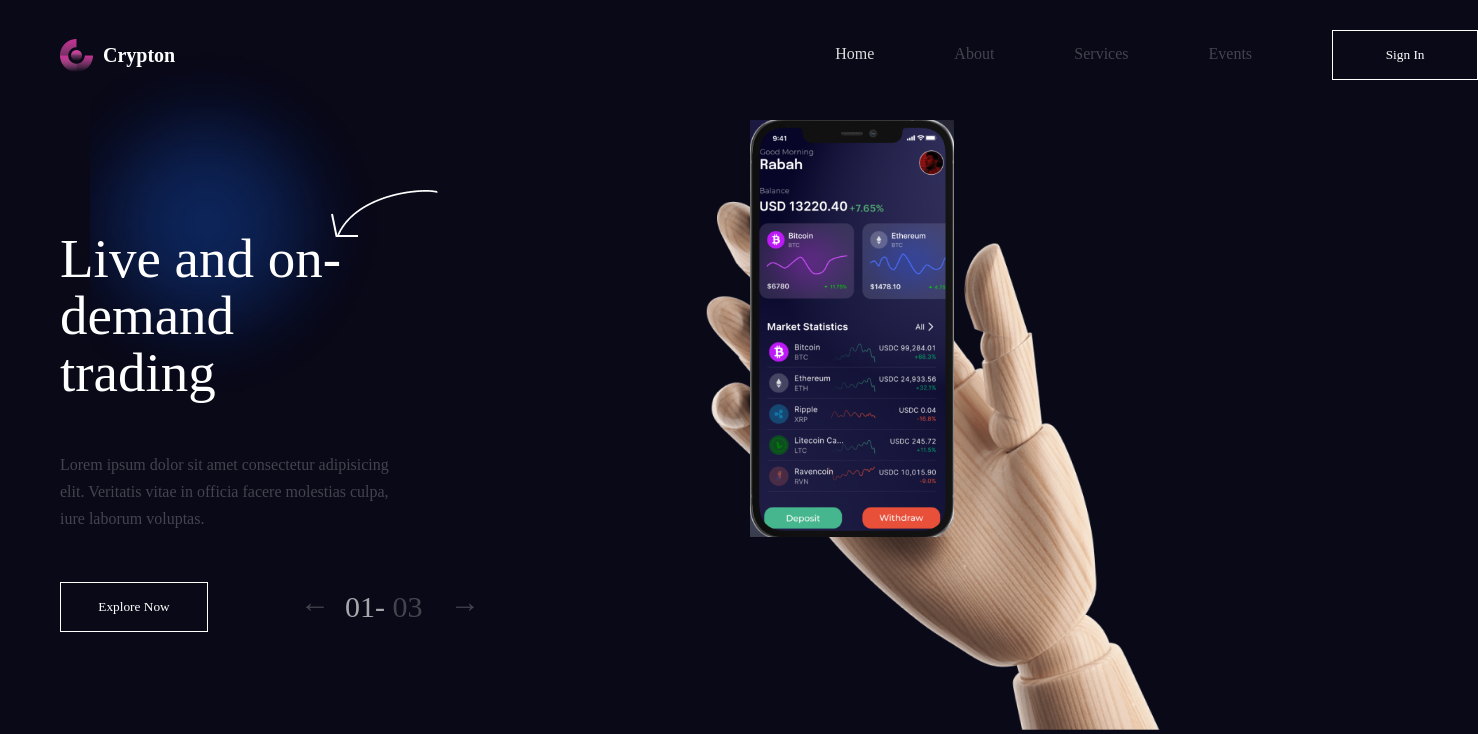
Repository: isaacCodes1/Crypton-Website
Page: index.html
These files come from the project's save history. The page is drawn as it stood at one moment and after the next save; the edit follows.
The browser window is 1280 px wide. The page is 1478 px wide, so the pictures cover 1478 px, including what lies to the right of the window. The pictures show the whole page.

Above is the page before, as saved 2024-05-14 21:00:31.

After the next save:
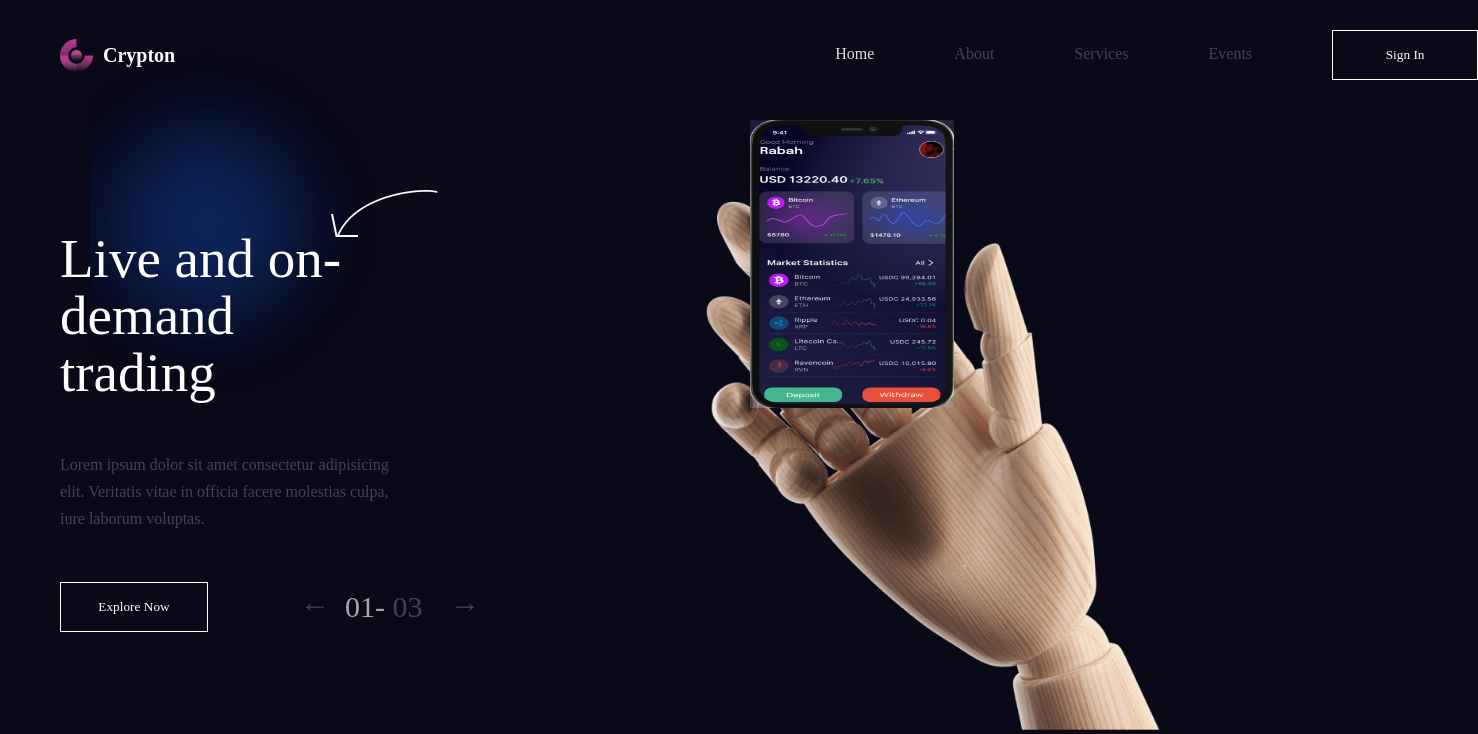
Saved 4 s later.
--- a/style.css
+++ b/style.css
@@ -145,5 +145,5 @@ body{
     right: 206px;
     top: -70px;
     width: 45%;
-    height: ;
+    height: 40vh;
 }
